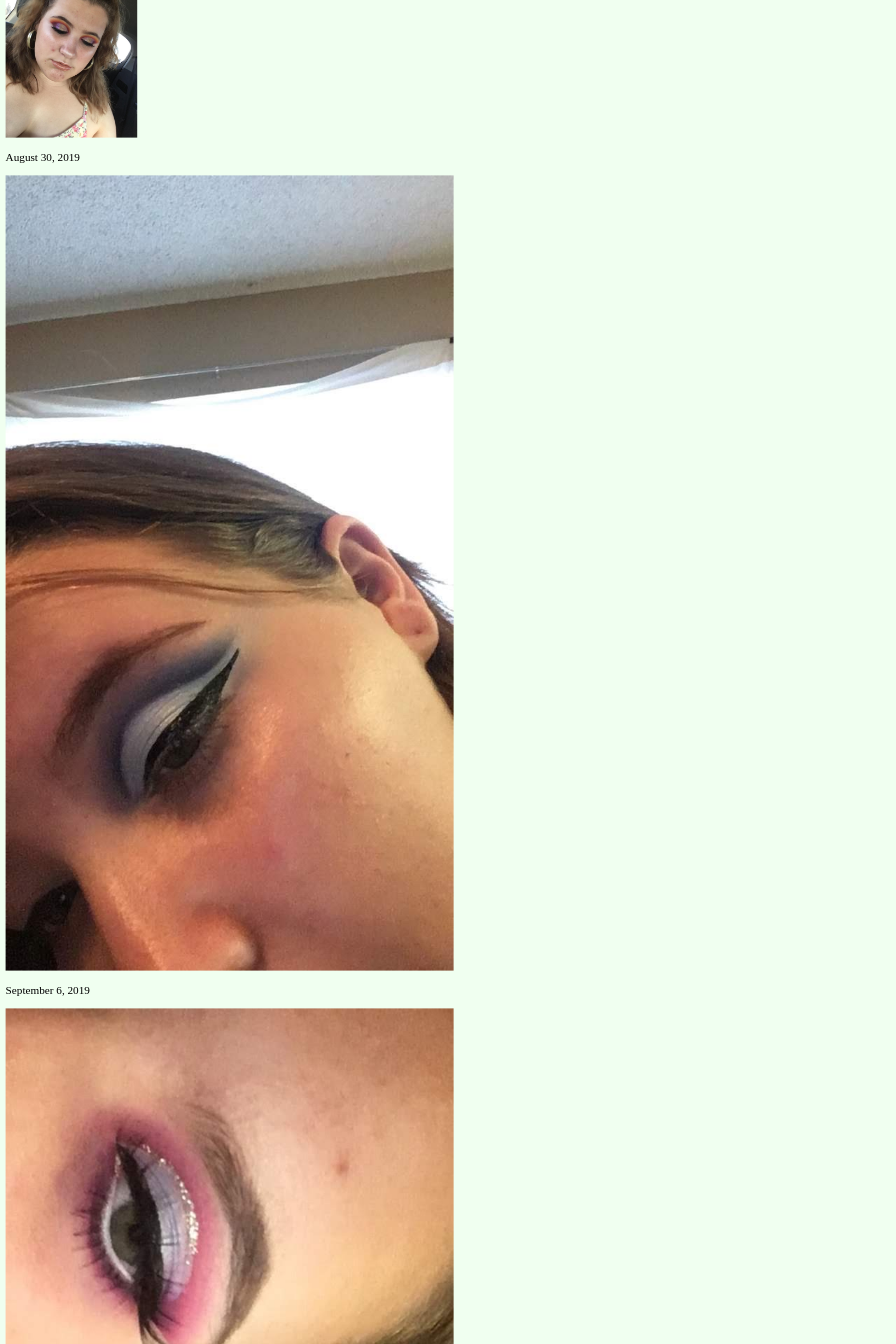
Repository: EMcmurray1862/emcmurray1862.github.io
Page: my_website/makeup.html
The author's editor kept a record of every edit. The page is drawn from the files as they stood at one moment, then again after the next edit.
The browser window is 1280 px wide. The pictures show the part of the page from y = 1462 to 3382 px (the page is 5884 px tall before and 4998 px after), at 70% of full size.

Above is the page before.

### my_website/makeup.html
<!doctype html>
	<html lang="en">
	  <head>
	    <meta charset="utf-8">
	    <title>Makeup</title>
	  </head>
	  <body style="background-color:honeydew;">
    <a href="index.html">Home</a>
    <a href="portfolio.html">Portfolio</a>
    <a href="about_me.html">About </a>
    <a href="makeup.html">MakeUp </a>
    <h1>This is my MakeUp Page!</h1>
      <p>I first started doing eyeshadow looks around Christmas 2017 when I got my first Morphe palette. Since then, my collection has grown, and so has my skill. These looks are some of my favorite looks.</p></p>
      <p>January 20, 2019</p>
    <img src="images/brown_cutcrease.jpg" height="250">
      <p>January 30, 2019</p>
    <img src="images/rainbow_cutcrease.jpg" height="250">
    <p>February 14, 2019</p>
    <img src="images/valentines_look.jpg" height="250">
    <p>August 2, 2019</p>
    <img src="images/yellow_cutcrease.jpg" height="250">
    <p>August 23, 2019</p>
    <img src="images/purple_yellow_fair.jpg" height="250">
    <p>August 30, 2019</p>
    <img src="images/blue_cutcrease.jpg">
    <p>September 6, 2019</p>
    <img src="images/purple_blue_glitter.jpg">
    <img src="images/green_glitter.jpg">
    <p>September 13, 2019</p>
    <img src="images/red_black.jpg">
    <br>
    <a target="_blank" href="https://scratch.mit.edu">
    </a>
	  </body>
	</html>

After the next edit:
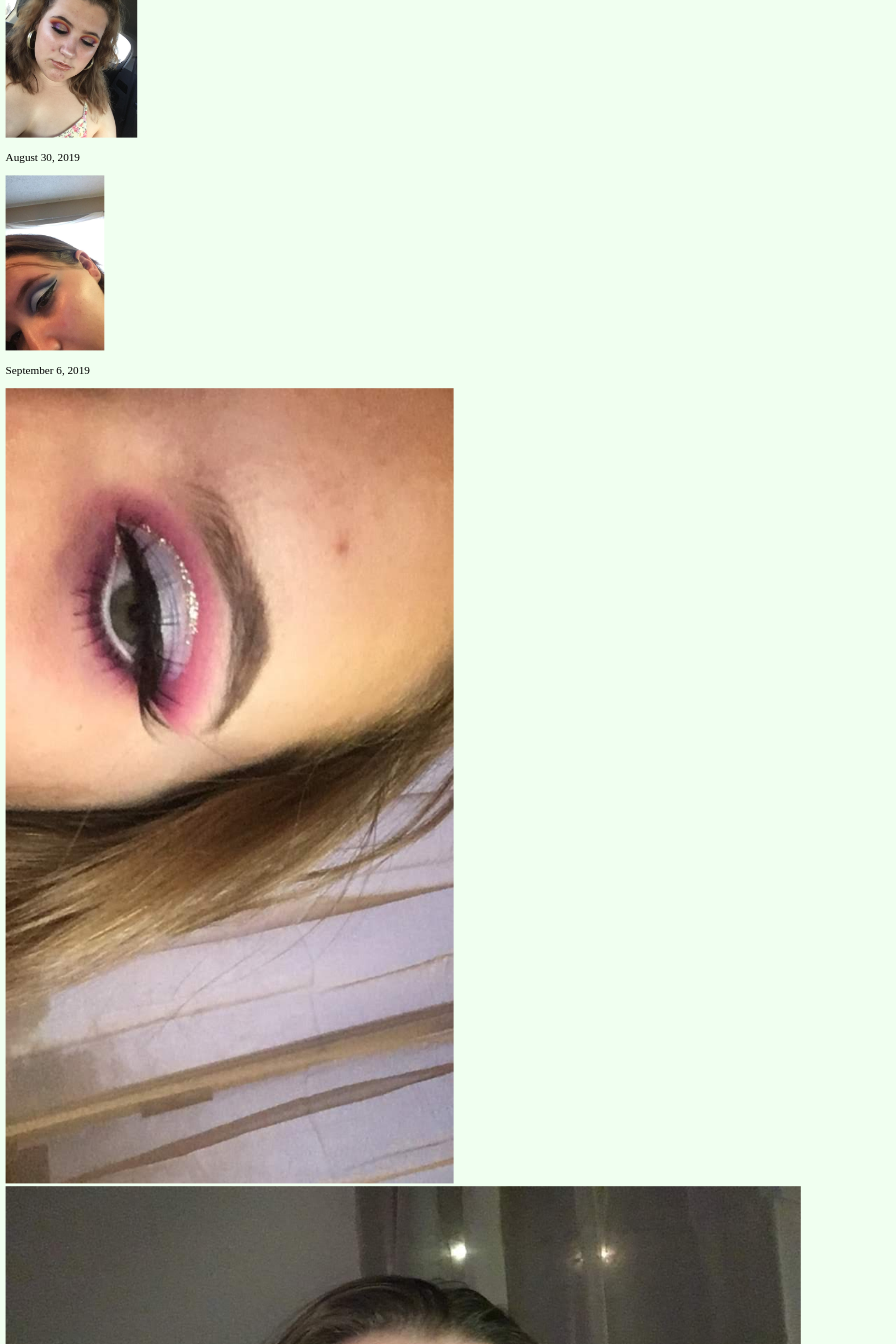
The edit:
--- a/my_website/makeup.html
+++ b/my_website/makeup.html
@@ -22,7 +22,7 @@
     <p>August 23, 2019</p>
     <img src="images/purple_yellow_fair.jpg" height="250">
     <p>August 30, 2019</p>
-    <img src="images/blue_cutcrease.jpg">
+    <img src="images/blue_cutcrease.jpg" height="250">
     <p>September 6, 2019</p>
     <img src="images/purple_blue_glitter.jpg">
     <img src="images/green_glitter.jpg">
